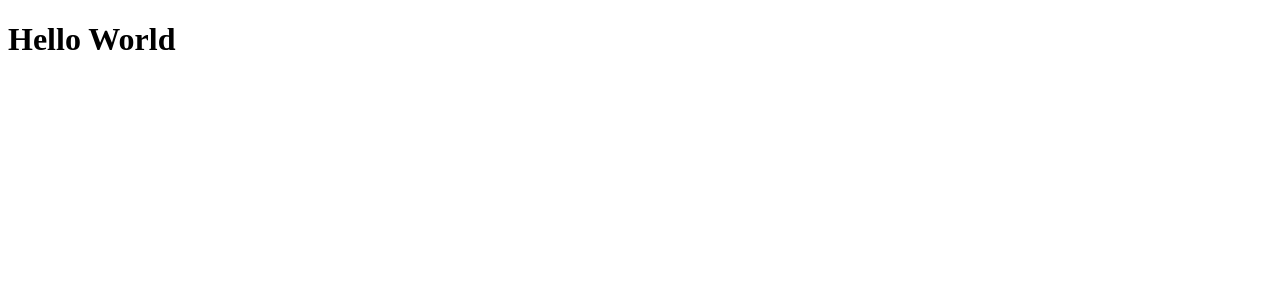
Repository: vaibhavkulkarnivk/CodeAca_JS
Page: JS Obj Collection/index.html
These files come from the project's save history. The page is drawn as it stood at one moment and after the next save; the edit follows.
The browser window is 1280 px wide. The pictures show the whole page.

Above is the page before, as saved 2020-08-26 12:34:22.

After the next save:
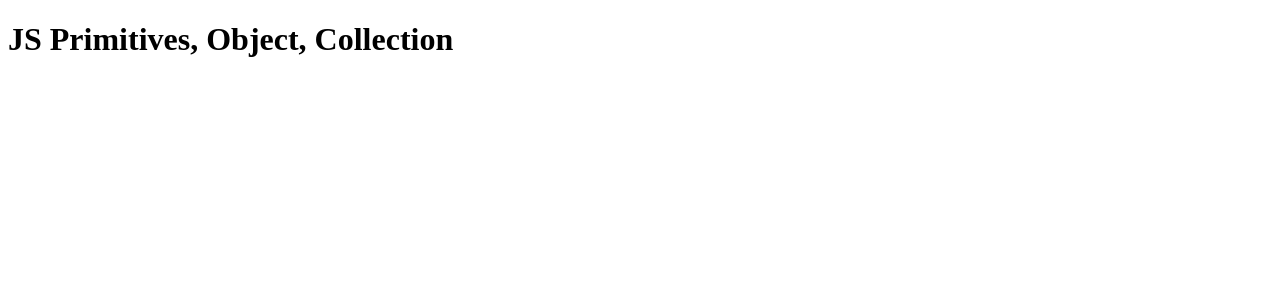
Saved 40 s later.
--- a/JS Obj Collection/index.html
+++ b/JS Obj Collection/index.html
@@ -6,7 +6,7 @@
     <title>Document</title>
 </head>
 <body>
-    <h1>Hello World</h1>
+    <h1>JS Primitives, Object, Collection </h1>
     <script src="index.js">
     </script>
 </body>
